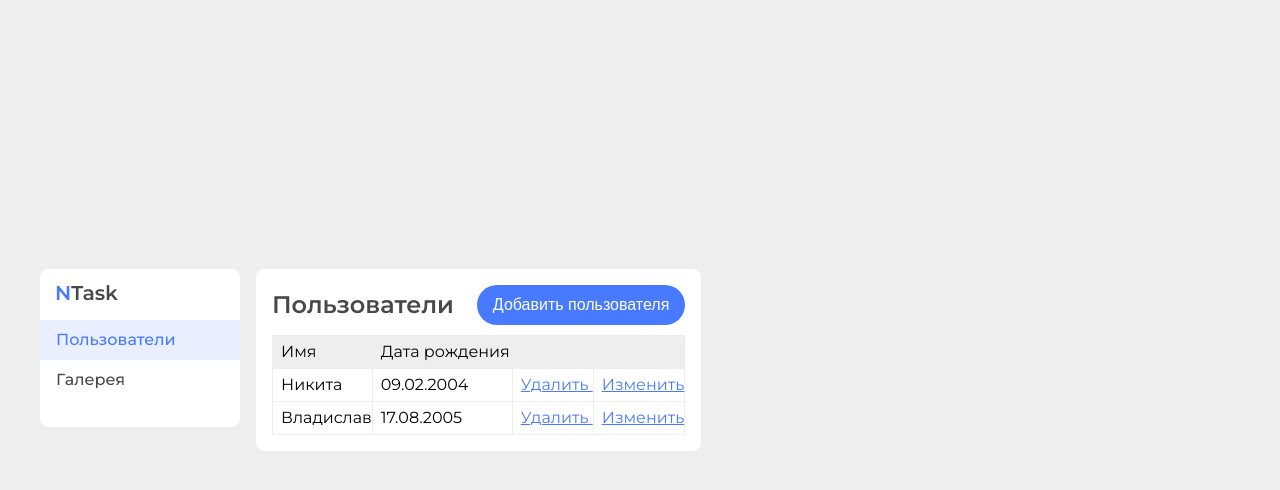
Repository: Grid-Master/NTask
Page: /gallery
An editor plug-in stored every save of this project. The page is shown before and after the next save, followed by the edit.
The browser window is 1280 px wide. The pictures show the whole page.
The project was rebuilt for these pictures with package versions that can differ from the ones it lists, and the page was loaded fresh each time. Also part of the build but not shown: src/components/gallery/gallery.sass, src/components/gallery/Gallery.tsx, src/components/updateUser/updateUser.sass, src/components/updateUser/UpdateUser.tsx.

Above is the page before, as saved 2023-06-09 19:47:25.

After the next save:
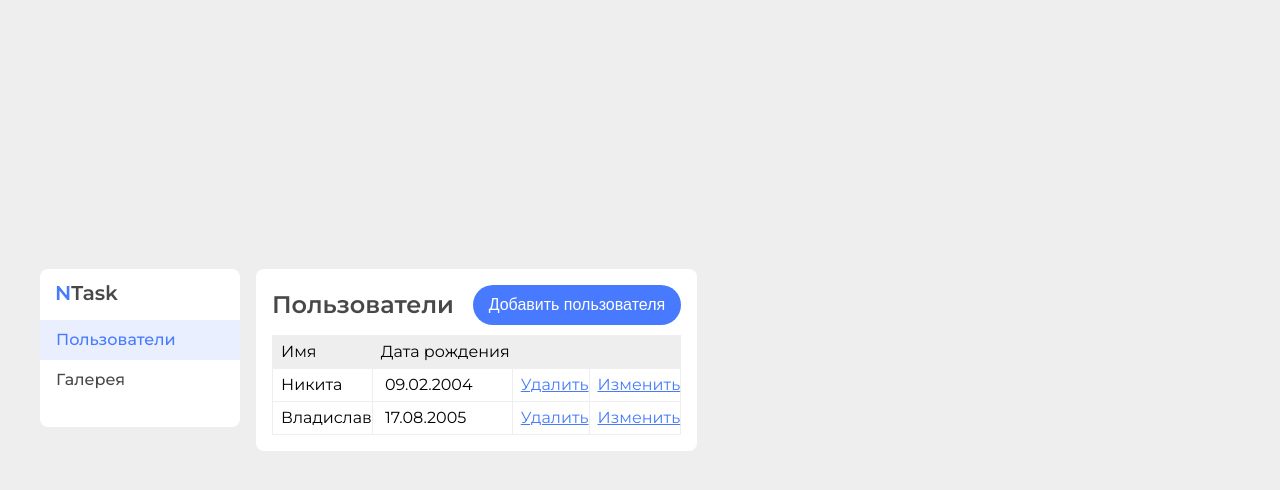
Saved 23 s later.
--- a/src/components/userList/UserList.tsx
+++ b/src/components/userList/UserList.tsx
@@ -36,9 +36,11 @@ const UserList: FC = () => {
         {users.map((user) => (
           <tr key={user.id}>
             <td>{user.name}</td>
-            <td>{user.date}</td>
+            <td>
+              <pre> {user.date} </pre>
+            </td>
             <td className="userList__table-btn" onClick={() => deleteHandler(user.id)}>
-              <pre>Удалить </pre>
+              Удалить
             </td>
             <td className="userList__table-btn" onClick={() => updateHandler(`${user.id}`)}>
               Изменить
